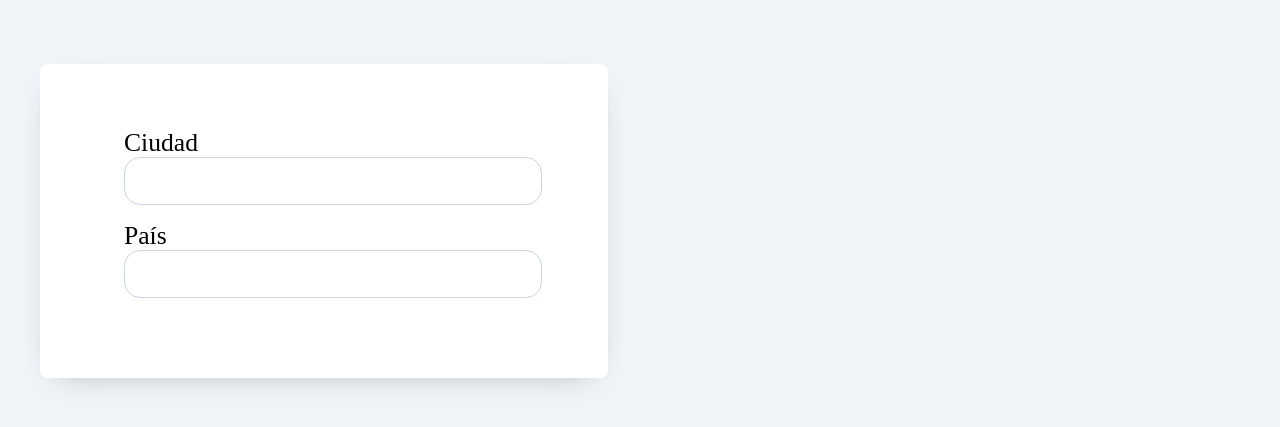
Repository: CarlosCamposRodriguez99/climaApp
Page: /
The author's editor kept a copy of each file at every save. The page is drawn from the files as they stood at one save, then again after a run of saves.
The browser window is 1280 px wide. The pictures show the whole page.
Some web fonts or font styles are not loaded; a fallback is used. The project was rebuilt for these pictures with package versions that can differ from the ones it lists, and the page was loaded fresh each time. Also part of the build but not shown: vite.config.js.

Above is the page before, as saved 2022-03-15 18:24:10.

After the next 3 saves:
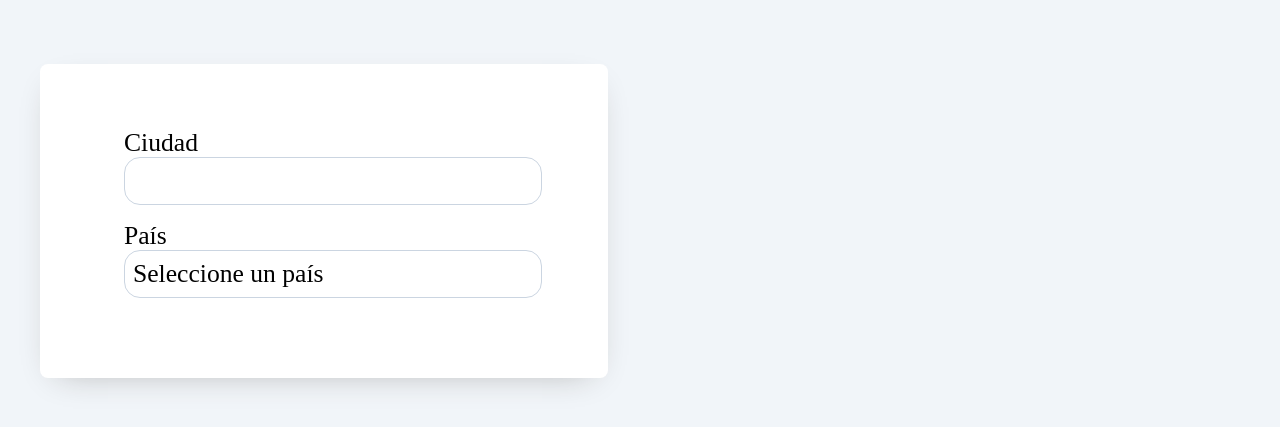
The 3 saves are shown as one change because they came seconds apart.
The last was saved 20 s later.
--- a/src/components/Formulario.jsx
+++ b/src/components/Formulario.jsx
@@ -18,7 +18,7 @@ const Formulario = () => {
             id="pais"
             name="pais"
           >
-            <option value=""></option>
+            <option value=""> Seleccione un país </option>
 
           </select>
         </div>
